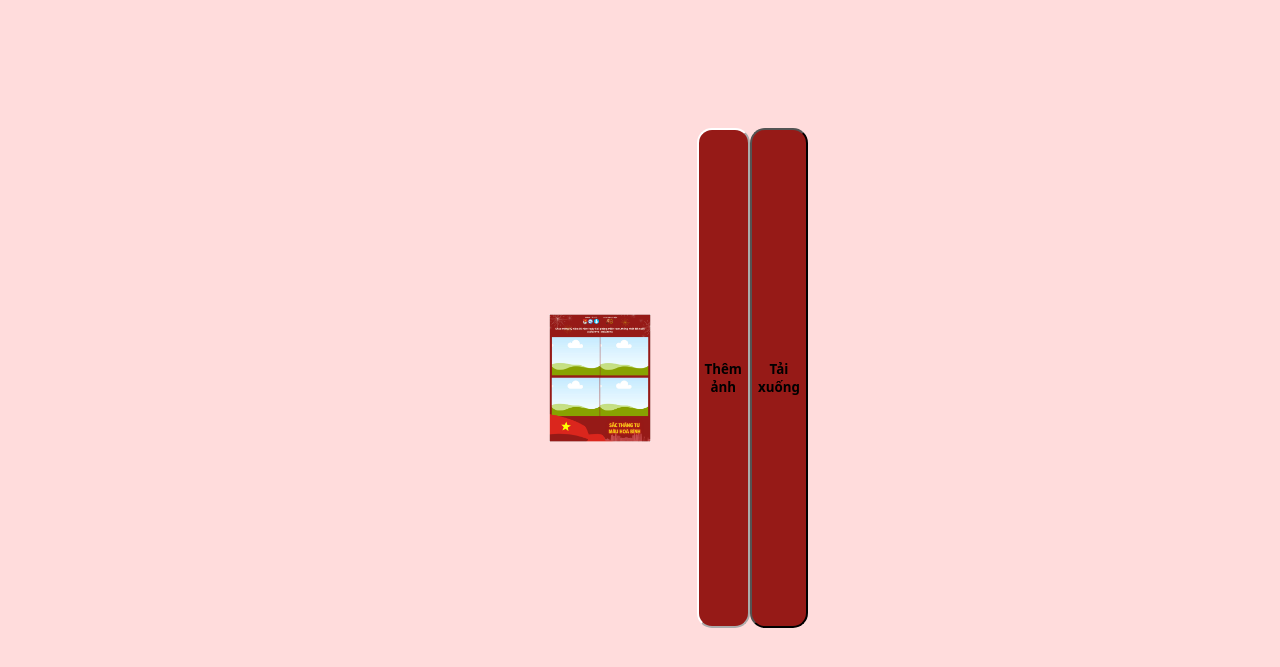
Repository: nguyentambinh/tuoitretdmu
Page: http://localhost/
The author's editor kept a copy of each file at every save. The page is drawn from the files as they stood at one save, then again after a run of saves.
The browser window is 1280 px wide. The pictures show the whole page.
The page is run by PHP 8.4 with error messages shown; the project is at /var/www/html/.

Above is the page before, as saved 2025-04-10 12:49:13.

### index.php
<!DOCTYPE html>
<html lang="en">
<head>
    <meta charset="UTF-8">
    <meta name="viewport" content="width=device-width, initial-scale=1.0">
    <link rel="stylesheet" href="main.css">
    <script src="main.js"></script>
    <title></title>
</head>
<body>
    <div class = "container-box">
        <div class="background-box">

        </div>
        <div class="control-box">
            <button class="btn-add-picture">Thêm ảnh</button>
            <button class="btn-dowload-picture">Tải xuống</button>
        </div>
    </div>

</body>
</html>

### main.css
body{
    background-color: #ffdcdc;
    width: 80%;
    margin: 0 auto;
    margin-top: 10%;
    align-items: center;
    display: flex;
    justify-content: center;
}

.background-box{
    display: flex;
    justify-content: center;
    width: 80%;
    height: 500px;
    background-position: center;
    background-image: url('./picture/FRAMEPHOTOBOOTH304.png');
    background-size: contain;
    background-repeat: no-repeat;
}
.container-box{
    display: grid;
    display: grid;
    grid-template-columns: 70% 30%;
    gap: 20px;
}
.control-box{
    display: flex;

}
.btn-dowload-picture{
    background-color: #961A17;
    border-radius: 15px;
    font-weight: bold;
    font-family: system-ui, -apple-system, BlinkMacSystemFont, 'Segoe UI', Roboto, Oxygen, Ubuntu, Cantarell, 'Open Sans', 'Helvetica Neue', sans-serif;
}
.btn-add-picture{
    background-color: #961A17;
    border-radius: 15px;
    font-weight: bold;
    font-family: system-ui, -apple-system, BlinkMacSystemFont, 'Segoe UI', Roboto, Oxygen, Ubuntu, Cantarell, 'Open Sans', 'Helvetica Neue', sans-serif;
    border-color: white;
    w
}

Loaded but not shown: main.js (no copy from this time; the picture is the same without it)

After the next 6 saves:
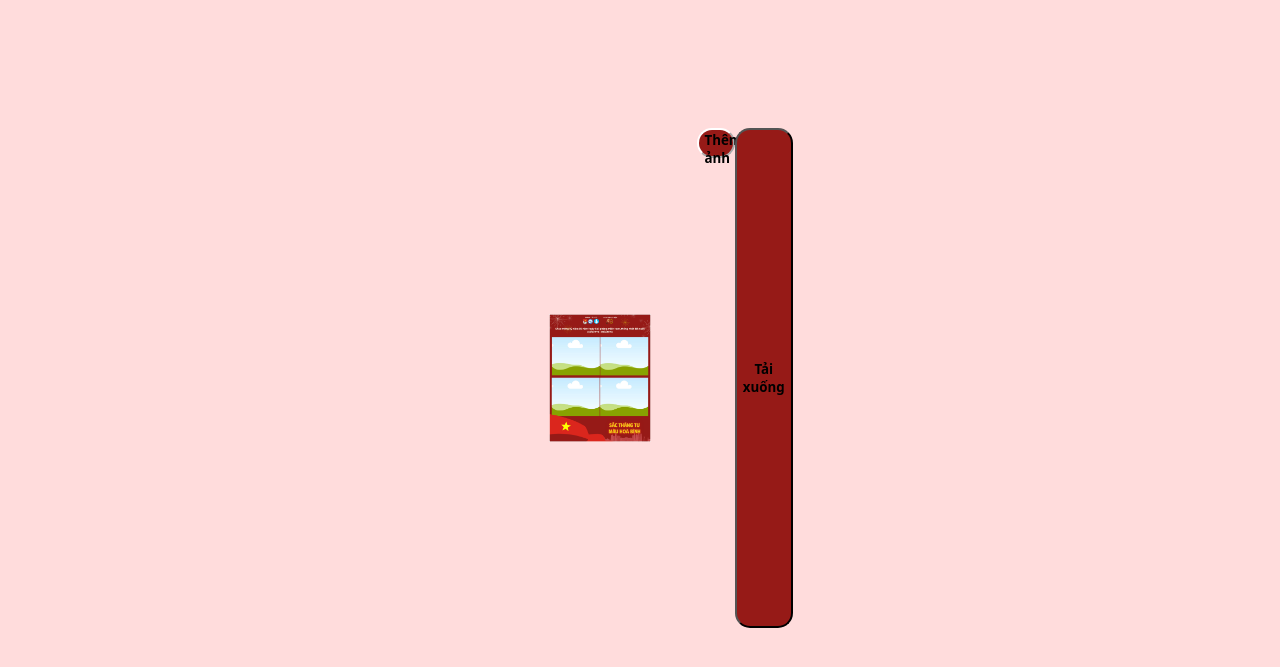
The 6 saves are shown as one change because they came seconds apart.
The last was saved 13 s later.
--- a/main.css
+++ b/main.css
@@ -40,5 +40,6 @@
     font-weight: bold;
     font-family: system-ui, -apple-system, BlinkMacSystemFont, 'Segoe UI', Roboto, Oxygen, Ubuntu, Cantarell, 'Open Sans', 'Helvetica Neue', sans-serif;
     border-color: white;
-    w
+    width: 70%;
+    height: 30px;
 }
